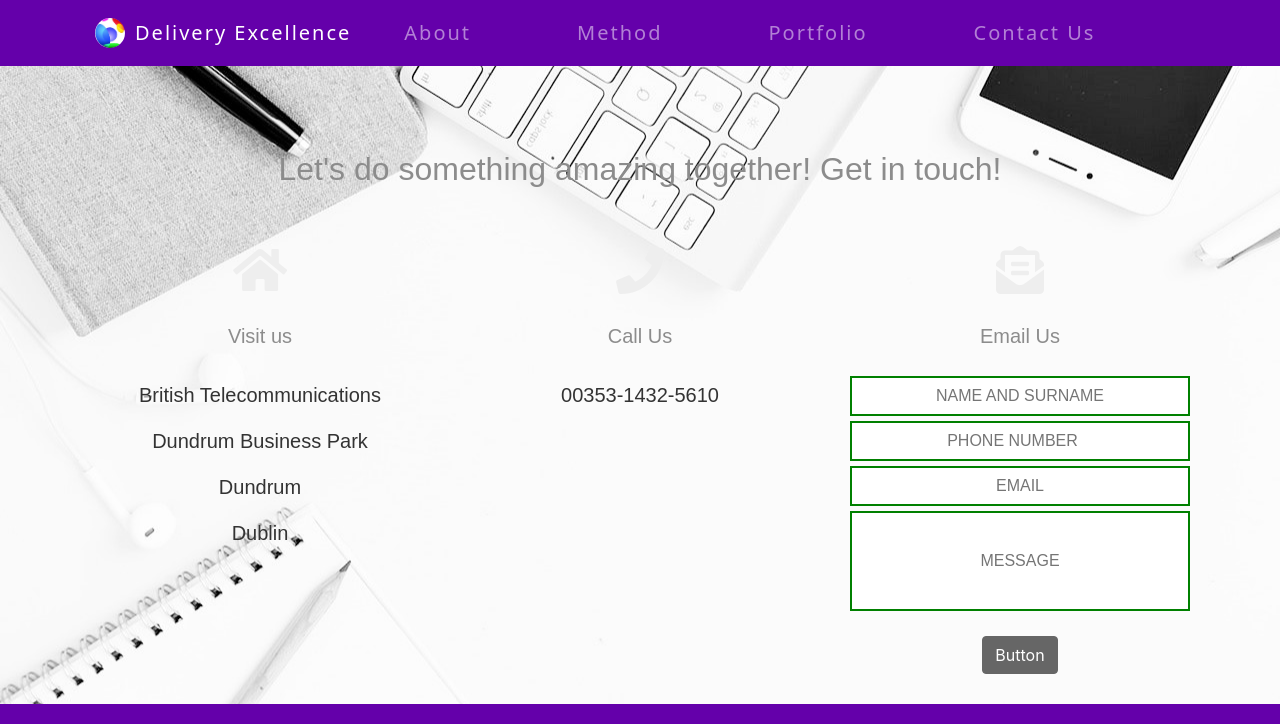
Repository: valenovi76/DeliveryExcellence
Page: contact.html
The author's editor kept a record of every edit. The page is drawn from the files as they stood at one moment, then again after the next edit.
The browser window is 1280 px wide. The pictures show the part of the page from y = 0 to 724 px (the page is 1371 px tall).
Pictures or frames that could not be fetched are drawn as grey boxes. Some web libraries are served in a nearby version.

Above is the page before.
Console error: ReferenceError: google is not defined

### contact.html
<!DOCTYPE html>
<html lang="en">
<head>
    <meta charset="UTF-8">
    <meta name="viewport" content="width=device-width, initial-scale=1.0">
    <meta http-equiv="X-UA-Compatible" content="ie=edge">
    <style>
    @import url('https://fonts.googleapis.com/css?family=Noto+Sans&display=swap');
    </style>
    <link rel="stylesheet" href="https://stackpath.bootstrapcdn.com/bootstrap/4.3.1/css/bootstrap.min.css" integrity="sha384-ggOyR0iXCbMQv3Xipma34MD+dH/1fQ784/j6cY/iJTQUOhcWr7x9JvoRxT2MZw1T" crossorigin="anonymous">
    <link rel="stylesheet" href="https://use.fontawesome.com/releases/v5.9.0/css/all.css">
    <link rel="stylesheet" href="https://cdnjs.cloudflare.com/ajax/libs/hover.css/2.3.1/css/hover-min.css" type="text/css" />
    <link rel="stylesheet" href="assets/css/style.css" type="text/css" />


    <title>Contact Us</title>
</head>
<body>

<!-- Bootstrap navbar -->

                <nav class="navbar fixed-top navbar-expand-lg navbar-dark" style="background-color: #6400AA;">
                    <div class="container">
                  <img class="logo" src="assets/images/BTlogo.jpg" width="30" height="30" alt="Bt Logo">
                  <a class="navbar-brand" href="index.html">Delivery Excellence</a>

                  <button class="navbar-toggler" type="button" data-toggle="collapse" data-target="#navbarSupportedContent" aria-controls="navbarSupportedContent" aria-expanded="false" aria-label="Toggle navigation">
                    <span class="navbar-toggler-icon"></span>
                  </button>
                  <div class="collapse navbar-collapse" id="navbarSupportedContent">
                    <ul class="navbar-nav mr-auto">

                          <li class="nav-item">
                                <a class="nav-link" href="team.html">About</a>
                          </li>
                          <li class="nav-item">
                                <a class="nav-link" href="method.html">Method</a>
                          </li>
                           <li class="nav-item">
                                <a class="nav-link" href="portfolio.html">Portfolio</a>
                          </li>
                          <li class="nav-item">
                                <a class="nav-link" href="contact.html">Contact Us</a>
                          </li>
                    </ul>
                      </div>
                      </div>
                </nav>



  <div class="main-content">
  <div class= "content-bckgrnd">
    <div class="container">
      <div class="row team-page">
                <div class="col-12">
                    <h2>Let's do something amazing together! Get in touch!</h2>
                </div>
       </div>
        <div class="row contact">
            <div class="col-md visit-us">
                        <i class="fas fa-home"></i>
                        <h4>Visit us</h4><br>
                            <address>
                                <p>British Telecommunications</p>
                                <p>Dundrum Business Park</p>
                                <p>Dundrum</p>
                                <p>Dublin</p>
                            </address>
            </div>
            <div class="col-md phone">
                        <i class="fas fa-phone"></i>
                        <h4>Call Us</h4><br>
                         <a class="ph-num" href="tel:00353-1432-5610">00353-1432-5610</a>
            </div>
            <div class="col-md email">
                        <i class="fas fa-envelope-open-text"></i>
                        <h4>Email Us</h4>
                            <form class="cont-form">
                                <input type="text" name="NameSurname" placeholder="Name and Surname" >
                                <input type="number" name="Phone Number" placeholder="Phone Number">
                                <input type="email" id="mail" name="mail" placeholder="Email">
                                <input type="text" name="mess" id="message-area" placeholder="Message">
                                <button class="btn btn-primary" type="submit">Button</button>
            </form>
                    </div>
        </div>
    </div>
</div>
</div>
        <div class="gmap">
                <iframe src="https://www.google.com/maps/embed?pb=!1m18!1m12!1m3!1d2384.257474202918!2d-6.246080784899258!3d53.30283498567164!2m3!1f0!2f0!3f0!3m2!1i1024!2i768!4f13.1!3m3!1m2!1s0x4867094556fc6bed%3A0xe8a9aaa0ef172854!2sDundrum+Business+Park%2C+Dundrum+Rd%2C+Dundrum%2C+Dublin+14!5e0!3m2!1sen!2sie!4v1562450006222!5m2!1sen!2sie" width="100%" height="450" border=none style="border:0" allowfullscreen></iframe>
        </div>


      <!-- Bootstrap Footer -->
      <footer class="page-footer font-small  pt-4">
         <div class="container text-center text-md-left">
            <div class="row">
               <div class="col-sm">
                  <h5 class="text-uppercase">Social</h5>
                  <ul class="list-unstyled">
                  <li class="unstyled-icons">
                     <a class="social-icon" href="https://www.linkedin.com/company/bt" arial-label="LinkedIn page for British Telecommunications" title="LinkedIn" target="_blank rel="noopener""><i class="fab fa-linkedin"></i></a>
                  </li>
                  <li class="unstyled-icons">
                     <a class="social-icon" href="https://www.facebook.com/BTUK/" arial-label="Facebook page for British Telecommunications"  title="FaceBook" target="_blank rel="noopener""><i class="fab fa-facebook-square"></i></a>
                  </li>
                  <li class="unstyled-icons">
                     <a class="social-icon" href="https://intra.bt.com/" arial-label="Intranet for British Telecommunications"title="BT Intranet" target="_blank rel="noopener""><i class="fas fa-network-wired"></i></a>
                  </li>
                  </ul>
               </div>
               <div class="col-sm">
                  <h5 class="text-uppercase">Legal</h5>
                  <ul class="list-unstyled">
                     <li>
                        <a   href="https://intra.bt.com/bt/group/socialmedia/Pages/Social-media-guidelines.aspx">Social Media Policy</a>
                     </li>
                     <li>
                        <a  href="https://myprofile.bt.com/person.aspx">Information Provider: Valentina Novara</a>
                     </li>
                  </ul>
               </div>
               <div class="col-sm">
                  <h5 class="text-uppercase">Useful Links</h5>
                  <ul class="list-unstyled">
                     <li>
                        <a   href="contact.html">Contact Us</a>
                     </li>
                     <li>
                        <a   href="portfolio.html">Portfolio</a>
                  </ul>
               </div>
            </div>
         </div>
            <div class="footer-copyright text-right py-3">© 2019 Copyright:
            <a>VNovara.com</a>
         </div>
      </footer>


<!-- Bootstrap core JavaScript
    ================================================== -->
    <!-- Placed at the end of the document so the pages load faster -->
<script src="https://cdnjs.cloudflare.com/ajax/libs/jquery/3.4.1/jquery.slim.min.js"></script>
<script src="https://cdnjs.cloudflare.com/ajax/libs/popper.js/1.15.0/umd/popper.min.js"></script>
<script src="https://cdnjs.cloudflare.com/ajax/libs/twitter-bootstrap/4.3.1/js/bootstrap.min.js"></script>
<script src="assets/js/scripts.js"></script>

</body>
</html>

### assets/css/style.css
/*--ColorPalette--*/


/*background : #C30D4C fucsia
background : #6400AA purple
background : #E60050 #E60050
background-color : #6400AA
color : #FFFFFF*?

/*--Header/Navbar--*/

.navbar {
  letter-spacing: 2px;
  font-family: "Noto sans", sans-serif;
  font-weight: lighter;
  font-size: 15px;
  color: #fafafa;
  text-align: center;
}

.navbar-brand{
  margin-right:0px;
  font-size: 1rem;
}
.nav-link {
  font-family: "Noto Sans", sans-serif;
  font-weight: 100;
  font-size: 20px;
  color: white;
  text-align: left;
}

.nav-link:hover {
  color: white;
  text-decoration: none;
}

.logo {
  border-radius: 50%;
  margin: 10px;
}

@media (min-width: 992px) {
  .navbar li {
    margin-left: 3em;
    margin-right: 3em;
  }
}

@media (min-width: 375px){
  .navbar-brand{
    font-size:1.25rem;
  }
}

/*--Footer--*/

.page-footer {
  font-family: "Noto sans", sans-serif;
  font-weight: 100;
  font-size: 15px;
  color: #ffffff;
  background-color: #6400AA;
}

.social-icon {
  color: #B54DFF;
  font-size: 20px;
  padding: 5px;
}

.unstyled-icons {
  display: inline-block;
}

.page-footer a {
  color: #B54DFF;
}

.page-footer a:hover {
  text-decoration: none;
  color: #ffffff;
}

.footer-copyright a {
  font-family: "Noto sans", sans-serif;
  font-weight: 100;
  font-size: 20px;
  color: #B54DFF;
  padding: 30px;
}


/*--Text styles--*/
h1 {
    font-family: "Noto Sans", sans-serif;
    font-weight:400;
    font-size: 30px;
    color: white;
    text-transform: uppercase;
}

.bckgrnd h1{
  margin-top:150px;
  padding:0 50px;
}
h2 {
  font-family: "Nato sans", sans-serif;
  font-weight: lighter;
  color:#8C8C8C;
  margin-top: 150px;
  text-align:center;
}

h3 {
  font-family: "Nato sans", sans-serif;
  font-weight: lighter;
  color:  #38403B;
  margin-top: 10px;
  text-align:center;
}

h4 {
  font-family: "Nato sans", sans-serif;
  font-size: 20px;
  color: #8C8C8C;
  margin-top: 30px;
  text-align: center;

}

h6 {
  font-family: "Nato sans", sans-serif;
  margin-top: 40px;
  text-align:center;
  font-weight: 600;
  color:  #38403B;
}


/*--Home Page--*/

body {
  background-color:#6400AA;
}

.bckgrnd {
  height:80vh;
  background-image: url("../images/bulbupside.jpg");
  background-repeat: no-repeat;
  background-size: cover;
  background-position: center center;
}



.bckgrnd p{
  font-family: "Noto sans", sans-serif;
  font-weight:400;
  color: white;
  margin-bottom:0px;
  padding:0 50px;
  font-size:18px;
}

/*--Contact page --*/

.main-content{
  /*background-image: url("");*/
  background-color:white;
}


.contact i {
  text-align: center;
  display: inline-block;
  width: 100%;
  font-size: 3rem;
  margin-top: 50px;
  color: #EEEEEE;
}

.phone{text-align: center;}

.ph-num {
  font-family: "Noto-sans", sans-serif;
  font-size: 20px;
  font-weight: lighter;
  color: #333333;

}


.ph-num hover {
  color: #C30D4C;
  text-decoration: none;
}

address {
  font-family: "Noto-sans", sans-serif;
  font-size: 20px;
  font-weight: lighter;
  color: #333333;
  text-align: center;
}


/*--Contact form--*/

.content-bckgrnd{

  background-image: url("../images/contactus.jpg");
  background-repeat: no-repeat;
  background-size: cover;
  background-position: center center;
}

.cont-form {
  flex-grow: 0;
  padding-top: 20px;
  padding-left:5px;
  padding-right:5px;
  text-align: center;
}

.cont-form input {
  font-family: "Fajalla Ona", sans-serif;
  text-transform: uppercase;
  text-align:center;
  width: 100%;
  padding: 6px;
  color: green;
  margin-bottom: 5px;
}

#message-area {
  height: 100px;
}

.btn {
  margin-top: 20px;
  background-color: #666666;
  margin-bottom: 30px;
}

.btn-primary {
    border-color: #666666;
}

.btn-primary:hover {
  background-color: #6400AA;
}

input:hover {
  background: #EEEEEE;
  color: #333333;
}

input:invalid {
  border: 2px dashed red;


}input:valid {
  border: 2px solid green;
}
.gmap {
  margin-top: 20px;
}


/*--The team--*/

.team-page {
  text-align: center;
}

.team-member-shot {
  height: 146px;
  width: 146px;
  margin-top: 40px;
  border-radius: 50%;
  margin-left: auto;
  margin-right: auto;
  display: block;
}

#shot{
  position:absolute;
  width:100%;
  height:100%;
  margin:0px;
}
.team-member-name {
  text-align: center;
  display: block;
  width: 100%;
  padding-bottom: 30px;

}

.team-p {
  text-align: center;
  color:black;
  font-weight: 300;
  font-family: "Roboto", sans-serif;
  margin-left: 10px;
  margin-right:10px;
}

.bio {
  height: 300px;
}

.pie-title {
  display: block;
  text-align: center;
}


/*--Method--*/

.define-text {
  border: 1px solid;
  border-color: #DDDDDD;
  border-top: none;
  border-right: none;
}

.meausure-img {
  border: 1px solid;
  border-color: #DDDDDD;
  border-top: none;
  border-left: none;
}

.analyse-text {
  border: 1px solid;
  border-color: #DDDDDD;
  border-top: none;
  border-right: none;
}

.improve-img {
  border: 1px solid;
  border-color: #DDDDDD;
  border-top: none;
  border-left: none;
}

.control-text {
  border: 1px solid;
  border-color: #DDDDDD;
  border-top: none;
  border-right: none;
}

.method-item-number {
  font-size: 5.584rem;
  color: #e1e1e1;
  left: 0;
  top: 0;
  -webkit-transform: translate(-127%, -21%);
  -ms-transform: translate(-127%, -21%);
  transform: translate(-127%, -21%);
  font-family: Noto Sans, sans-serif;
  font-weight: 800;
  background-color: #fff;
}

.method-img {
  display: block;
  margin: 30px auto 20px auto;
  width: 35%;
}


/*--Portfolio--*/





.right-text{
  padding-left:30px;
}
.year {
    text-align: center;
    padding-right: 10px;
    margin-top: 40px;
    margin-bottom: 20px;
}

@media (min-width:420px) {
  .left-text {
  border: 3px solid;
  border-color: #EEEEEE;
  border-left: none;
  border-top: none;
  border-bottom: none;}
  .left-text:before {
   content: "";
  width: 30px;
  height: 30px;
  background-image: url("../images/purplegear.png");
  background-size: contain;
  background-color: white;
  position: absolute;
  right: -17px;
  top: 0;
}
}

### assets/js/scripts.js
      // Load Charts and the corechart package.
      google.charts.load('current', {'packages':['corechart']});

      // Draw the pie chart for Michelle's pizza when Charts is loaded.
      google.charts.setOnLoadCallback(drawMichelleChart);

      // Draw the pie chart for the Karen's pizza when Charts is loaded.
      google.charts.setOnLoadCallback(drawKarenChart);

      // Draw the pie chart for the Vale's pizza when Charts is loaded.
      google.charts.setOnLoadCallback(drawValeChart);

      // Callback that draws the pie chart for Michelle's pizza.
      function drawMichelleChart() {

        // Create the data table for Michelle's pizza.
        var data = new google.visualization.DataTable();
        data.addColumn('string', 'Skills');
        data.addColumn('number', '%');
        data.addRows([
          ['Project Management', 5],
          ['Six ∑', 4],
          ['Lean Pract.', 2],
          ['CI Coaching', 5],
        ]);

        // Set options for Michelle's pie chart.
        var options = {legend:'left',
                       colors: ['#6300AA', '#B54DFF', '#9500FF', '#5A2680', '#7700CC'],
                       fontSize:11,
                       pieSliceText:'percentage',
                       sliceVisibilityThreshold:1/720,

        };

        // Instantiate and draw the chart for Michelle's pizza.
        var chart = new google.visualization.PieChart(document.getElementById('Michelle_chart_div'));
        chart.draw(data, options);
      }

      // Callback that draws the pie chart for Karen's pizza.
      function drawKarenChart() {

        // Create the data table for Karen's pizza.
        var data = new google.visualization.DataTable();
        data.addColumn('string', 'Skills');
        data.addColumn('number', '%');
        data.addRows([
          ['Project Management', 3],
          ['Six ∑', 4],
          ['CI Coaching', 4],
          ['Data Analytics', 3]
        ]);

        // Set options for Karen's pie chart.
        var options = {
          legend:'left',
          colors: ['#6300AA', '#B54DFF','#9500FF'],
          fontSize:11,
        };

        // Instantiate and draw the chart for Karen's pizza.
        var chart = new google.visualization.PieChart(document.getElementById('Karen_chart_div'));
        chart.draw(data, options);

      }

        // Callback that draws the pie chart for Vale's pizza.
      function drawValeChart() {

        // Create the data table for Vale's pizza.
        var data = new google.visualization.DataTable();
        data.addColumn('string', 'Skills');
        data.addColumn('number', '%');
        data.addRows([
          ['SQL', 2],
          ['HTML', 2],
          ['CSS', 2],
          ['Six ∑', 0],
          ['Vba', 3]
        ]);

        // Set options for Vale's pie chart.
        var options = {
          legend:'left',
          colors: ['#6300AA', '#B54DFF', '#9500FF', '#5A2680', '#7700CC'],
          fontSize:11,
        };

        // Instantiate and draw the chart for Vale's pizza.
        var chart = new google.visualization.PieChart(document.getElementById('Vale_chart_div'));
        chart.draw(data, options);
      }

After the next edit:
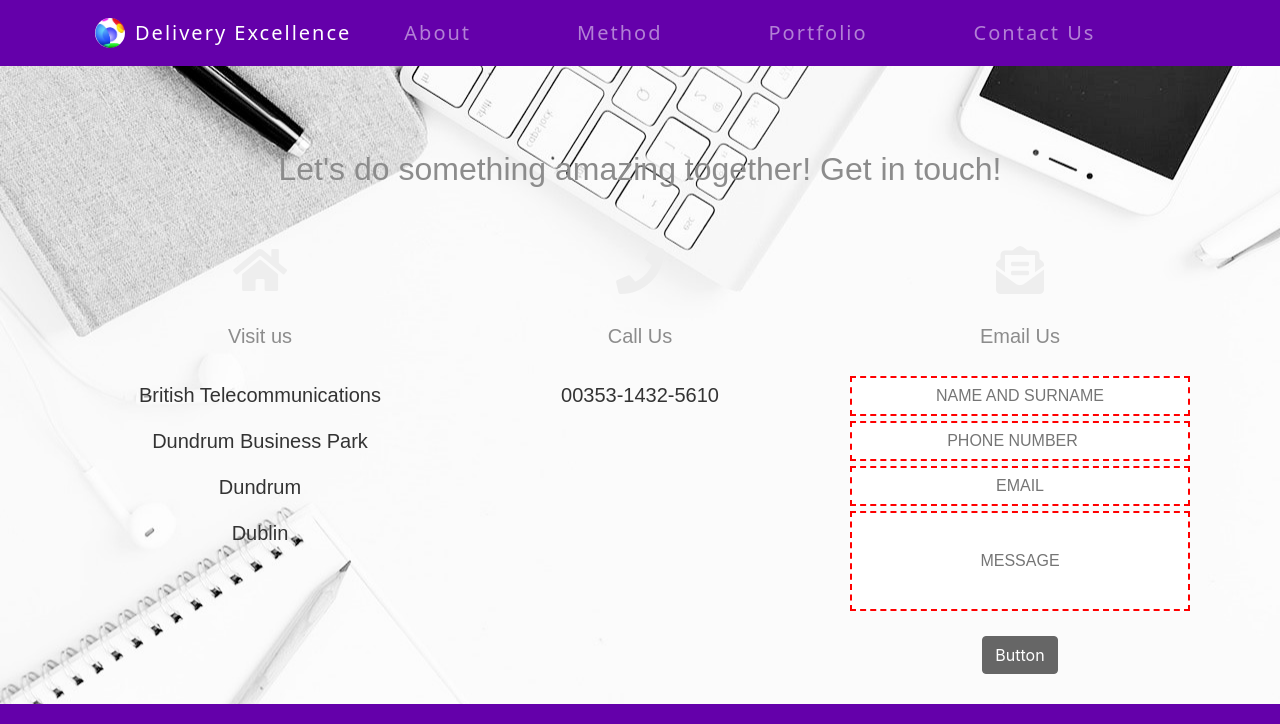
The edit:
--- a/contact.html
+++ b/contact.html
@@ -77,10 +77,10 @@
                         <i class="fas fa-envelope-open-text"></i>
                         <h4>Email Us</h4>
                             <form class="cont-form">
-                                <input type="text" name="NameSurname" placeholder="Name and Surname" >
-                                <input type="number" name="Phone Number" placeholder="Phone Number">
-                                <input type="email" id="mail" name="mail" placeholder="Email">
-                                <input type="text" name="mess" id="message-area" placeholder="Message">
+                                <input type="text" name="NameSurname" placeholder="Name and Surname" required>
+                                <input type="number" name="Phone Number" placeholder="Phone Number" required>
+                                <input type="email" id="mail" name="mail" placeholder="Email" required>
+                                <input type="text" name="mess" id="message-area" placeholder="Message" required>
                                 <button class="btn btn-primary" type="submit">Button</button>
             </form>
                     </div>
